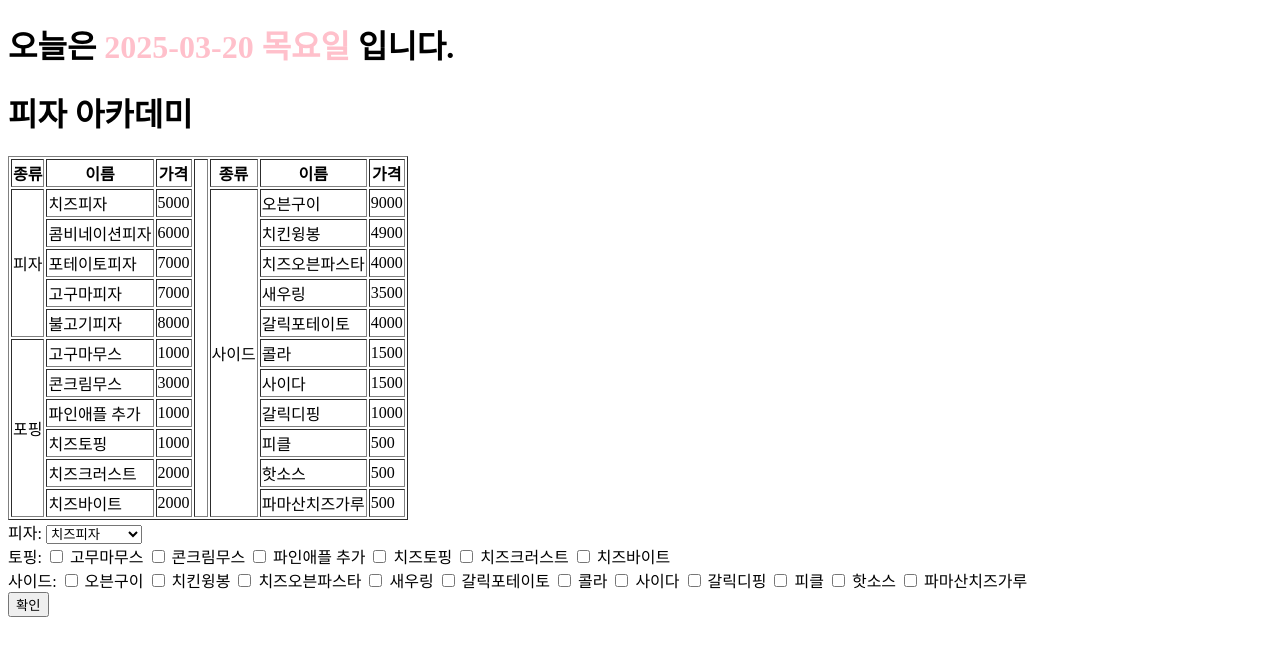
Repository: yoonseo0832/workspace
Page: 05_server/00_Practice/src/main/webapp/views/practice2_pizza.html
An editor plug-in stored every save of this project. The page is shown before and after a run of saves, followed by the edit.
The browser window is 1280 px wide. The pictures show the whole page.

Above is the page before, as saved 2025-03-20 05:57:08.

### 05_server/00_Practice/src/main/webapp/views/practice2_pizza.html
<!DOCTYPE html>
<html>
<head>
<meta charset="UTF-8">
<title>연습2</title>

</head>
<body>
	<h1>오늘은 <strong style="color: pink;">2025-03-20 목요일</strong> 입니다.</h1>
	<h1>피자 아카데미</h1>

	<form action="/practice/orderpizza" method="get">
		<table border="1">
			<tr>
				<th>종류</th>
				<th>이름</th>
				<th>가격</th>
				<th rowspan="12" width="10"></th> <!--여백공간 크기 키우는 방법: width 속성 사용-->
				<th>종류</th>
				<th>이름</th>
				<th>가격</th>
			</tr>
			<tr>
				<td rowspan="5">피자</td>
				<td>치즈피자</td>
				<td>5000</td>
				<td rowspan="11">사이드</td>
				<td>오븐구이</td>
				<td>9000</td>
			</tr>
			<tr>

				<td>콤비네이션피자</td>
				<td>6000</td>
				<td>치킨윙봉</td>
				<td>4900</td>
			</tr>
			<tr>

				<td>포테이토피자</td>
				<td>7000</td>
				<td>치즈오븐파스타</td>
				<td>4000</td>
			</tr>
			<tr>
				<td>고구마피자</td>
				<td>7000</td>
				<td>새우링</td>
				<td>3500</td>
			</tr>
			<tr>

				<td>불고기피자</td>
				<td>8000</td>
				<td>갈릭포테이토</td>
				<td>4000</td>
			</tr>
			<tr>
				<td rowspan="6">포핑</td>
				<td>고구마무스</td>
				<td>1000</td>
				<td>콜라</td>
				<td>1500</td>
			</tr>
			<tr>
				<td>콘크림무스</td>
				<td>3000</td>
				<td>사이다</td>
				<td>1500</td>
			</tr>
			<tr>
				<td>파인애플 추가</td>
				<td>1000</td>
				<td>갈릭디핑</td>
				<td>1000</td>
			</tr>
			<tr>
				<td>치즈토핑</td>
				<td>1000</td>
				<td>피클</td>
				<td>500</td>
			</tr>
			<tr>
				<td>치즈크러스트</td>
				<td>2000</td>
				<td>핫소스</td>
				<td>500</td>
			</tr>
			<tr>
				<td>치즈바이트</td>
				<td>2000</td>
				<td>파마산치즈가루</td>
				<td>500</td>
			</tr>
		</table>
		피자: <select name="pizza">
				<option vlaue="치즈피자">치즈피자</option>
				<option vlaue="콤비네이션">콤비네이션</option>
				<option vlaue="포테이토피자">포테이토피자</option>
				<option vlaue="고구마피자">고구마피자</option>
				<option vlaue="불고기피자">불고기피자</option>
			 </select>
		<br>
		토핑:
		<input type="checkbox" name="topping" id="고무마무스" value="고구마무스">
		<label for="고무마쿠스">고무마무스</label>
		<input type="checkbox" name="topping" id="콘크림무스" value="콘크림무스">
		<label for="콘크림무스">콘크림무스</label>
		<input type="checkbox" name="topping" id="파인애플 추가" value="파인애플">
		<label for="파인애플 추가">파인애플 추가</label>
		<input type="checkbox" name="topping" id="치즈토핑" value="치즈토핑">
		<label for="치즈토핑">치즈토핑</label>
		<input type="checkbox" name="topping" id="치즈크러스트" value="치즈크러스트">
		<label for="치즈크러스트">치즈크러스트</label>
		<input type="checkbox" name="topping" id="치즈바이트" value="치즈바이트">
		<label for="치즈바이트">치즈바이트</label>
		<br>
		사이드:
		<input type="checkbox" name="side" id="오븐구이">
		<label for="오븐구이">오븐구이</label>

		<input type="checkbox" name="side" id="치킨윙봉">
		<label for="치킨윙봉">치킨윙봉</label>

		<input type="checkbox" name="side" id="치즈오븐파스타">
		<label for="치즈오븐파스타">치즈오븐파스타</label>

		<input type="checkbox" name="side" id="새우링">
		<label for="새우링">새우링</label>

		<input type="checkbox" name="side" id="갈릭포테이토">
		<label for="갈릭포테이토">갈릭포테이토</label>

		<input type="checkbox" name="side" id="콜라">
		<label for="콜라">콜라</label>

		<input type="checkbox" name="side" id="사이다">
		<label for="사이다">사이다</label>

		<input type="checkbox" name="side" id="갈릭디핑">
		<label for="갈릭디핑">갈릭디핑</label>

		<input type="checkbox" name="side" id="피클">
		<label for="피클">피클</label>

		<input type="checkbox" name="side" id="핫소스">
		<label for="핫소스">핫소스</label>

		<input type="checkbox" name="side" id="파마산치즈가루">
		<label for="파마산치즈가루">파마산치즈가루</label>
		<br>
		<input type="submit" value="확인">
	</form>
</body>
</html>

After the next 2 saves:
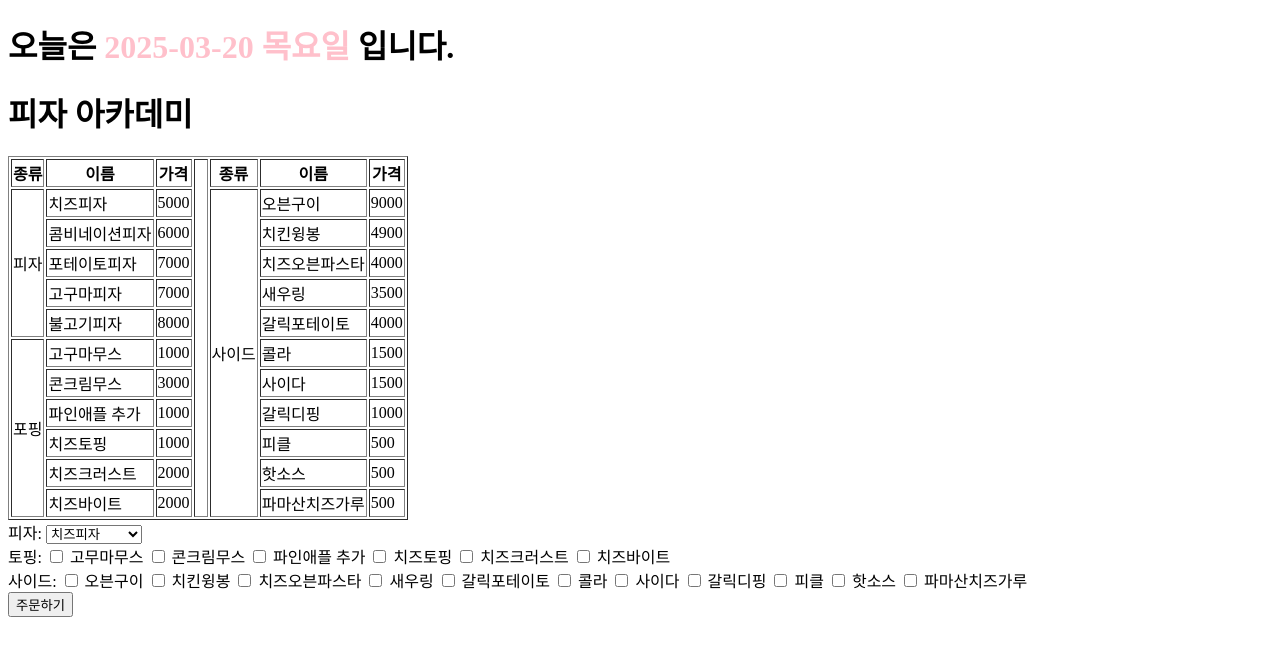
The 2 saves are shown as one change because they came seconds apart.
The last was saved 117 s later.
--- a/05_server/00_Practice/src/main/webapp/views/practice2_pizza.html
+++ b/05_server/00_Practice/src/main/webapp/views/practice2_pizza.html
@@ -149,7 +149,7 @@
 		<input type="checkbox" name="side" id="파마산치즈가루">
 		<label for="파마산치즈가루">파마산치즈가루</label>
 		<br>
-		<input type="submit" value="확인">
+		<button type="submit">주문하기</button>
 	</form>
 </body>
 </html>
